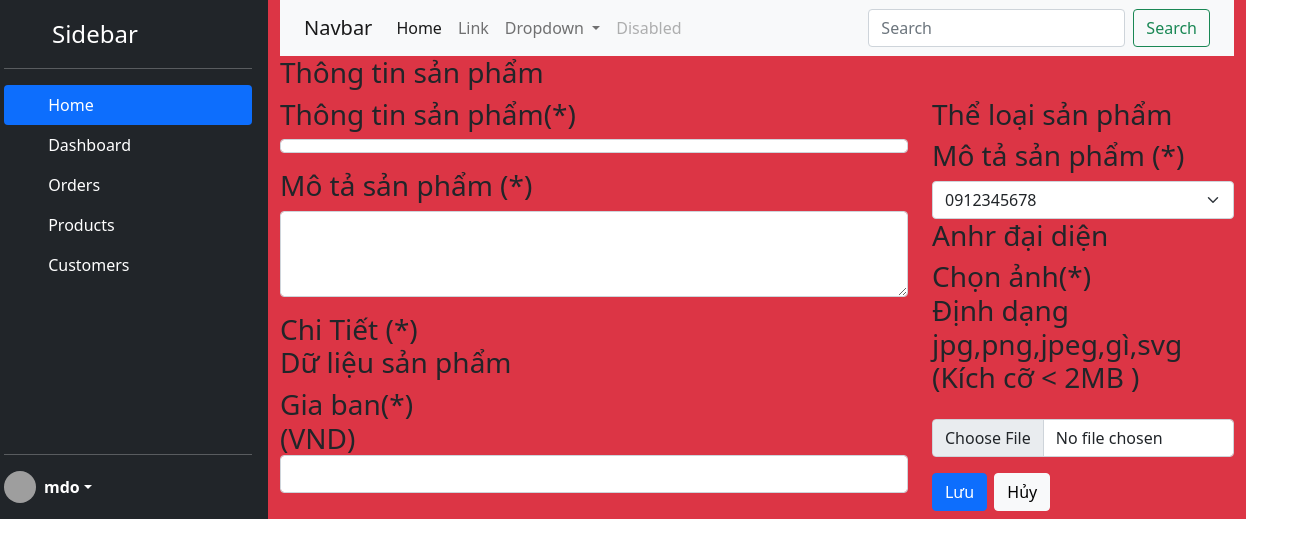
Repository: Lehuyhuynh/BT12-BOOTSTRAP
Page: index.html
These files come from the project's save history. The page is drawn as it stood at one moment and after the next save; the edit follows.
The browser window is 1280 px wide. The page is 1292 px wide, so the pictures cover 1292 px, including what lies to the right of the window. The pictures show the whole page.
Pictures or frames that could not be fetched are drawn as grey boxes.

Above is the page before, as saved 2023-08-19 22:58:44.

### index.html
<!DOCTYPE html>
<html lang="en">
<head>
  <link href="https://cdn.jsdelivr.net/npm/bootstrap@5.1.3/dist/css/bootstrap.min.css" rel="stylesheet" integrity="sha384-1BmE4kWBq78iYhFldvKuhfTAU6auU8tT94WrHftjDbrCEXSU1oBoqyl2QvZ6jIW3" crossorigin="anonymous">
  <meta charset="UTF-8">
  <meta name="viewport" content="width=device-width, initial-scale=1.0">
  <title>BT2</title>
</head>
<body>
  <div class="row">
    <div class=" col-3 d-flex flex-column flex-shrink-0 p-3 text-white bg-dark rounded-lg" style="width: 280px;">
      <a href="/" class="d-flex align-items-center mb-3 mb-md-0 me-md-auto text-white text-decoration-none">
        <svg class="bi me-2" width="40" height="32"><use xlink:href="#bootstrap"></use></svg>
        <span class="fs-4">Sidebar</span>
      </a>
      <hr>
      <ul class="nav nav-pills flex-column mb-auto">
        <li class="nav-item">
          <a href="#" class="nav-link active" aria-current="page">
            <svg class="bi me-2" width="16" height="16"><use xlink:href="#home"></use></svg>
            Home
          </a>
        </li>
        <li>
          <a href="#" class="nav-link text-white">
            <svg class="bi me-2" width="16" height="16"><use xlink:href="#speedometer2"></use></svg>
            Dashboard
          </a>
        </li>
        <li>
          <a href="#" class="nav-link text-white">
            <svg class="bi me-2" width="16" height="16"><use xlink:href="#table"></use></svg>
            Orders
          </a>
        </li>
        <li>
          <a href="#" class="nav-link text-white">
            <svg class="bi me-2" width="16" height="16"><use xlink:href="#grid"></use></svg>
            Products
          </a>
        </li>
        <li>
          <a href="#" class="nav-link text-white">
            <svg class="bi me-2" width="16" height="16"><use xlink:href="#people-circle"></use></svg>
            Customers
          </a>
        </li>
      </ul>
      <hr>
      <div class="dropdown">
        <a href="#" class="d-flex align-items-center text-white text-decoration-none dropdown-toggle" id="dropdownUser1" data-bs-toggle="dropdown" aria-expanded="false">
          <img src="https://github.com/mdo.png" alt="" width="32" height="32" class="rounded-circle me-2">
          <strong>mdo</strong>
        </a>
        <ul class="dropdown-menu dropdown-menu-dark text-small shadow" aria-labelledby="dropdownUser1" style="">
          <li><a class="dropdown-item" href="#">New project...</a></li>
          <li><a class="dropdown-item" href="#">Settings</a></li>
          <li><a class="dropdown-item" href="#">Profile</a></li>
          <li><hr class="dropdown-divider"></li>
          <li><a class="dropdown-item" href="#">Sign out</a></li>
        </ul>
      </div>
    </div>
    <div class="main-content bg-danger col-9" >
      <nav class="navbar navbar-expand-lg navbar-light bg-light">
        <div class="container-fluid">
          <a class="navbar-brand" href="#">Navbar</a>
          <button class="navbar-toggler" type="button" data-bs-toggle="collapse" data-bs-target="#navbarSupportedContent" aria-controls="navbarSupportedContent" aria-expanded="false" aria-label="Toggle navigation">
            <span class="navbar-toggler-icon"></span>
          </button>
          <div class="collapse navbar-collapse" id="navbarSupportedContent">
            <ul class="navbar-nav me-auto mb-2 mb-lg-0">
              <li class="nav-item">
                <a class="nav-link active" aria-current="page" href="#">Home</a>
              </li>
              <li class="nav-item">
                <a class="nav-link" href="#">Link</a>
              </li>
              <li class="nav-item dropdown">
                <a class="nav-link dropdown-toggle" href="#" id="navbarDropdown" role="button" data-bs-toggle="dropdown" aria-expanded="false">
                  Dropdown
                </a>
                <ul class="dropdown-menu" aria-labelledby="navbarDropdown">
                  <li><a class="dropdown-item" href="#">Action</a></li>
                  <li><a class="dropdown-item" href="#">Another action</a></li>
                  <li><hr class="dropdown-divider"></li>
                  <li><a class="dropdown-item" href="#">Something else here</a></li>
                </ul>
              </li>
              <li class="nav-item">
                <a class="nav-link disabled" href="#" tabindex="-1" aria-disabled="true">Disabled</a>
              </li>
            </ul>
            <form class="d-flex">
              <input class="form-control me-2" type="search" placeholder="Search" aria-label="Search">
              <button class="btn btn-outline-success" type="submit">Search</button>
            </form>
          </div>
        </div>
      </nav>
      <div class="row">

        <h3>Thông tin sản phẩm<h3>

          <div class="row">
            <div class="more col-8">

              <div class="product">

                <div class="mb-3">
                  <label for="information" class="form-label">Thông tin sản phẩm(*)</label>
                  <table class="form-control" id="information" name="information" rows="3"></table>
                </div>

                <div class="mb-3">
                  <label for="exampleFormControlTextarea1" class="form-label">Mô tả sản phẩm (*)</label>
                  <textarea class="form-control" id="exampleFormControlTextarea1" rows="3"></textarea>
                </div>

                <span>Chi Tiết (*) </span><br>

              </div>

              <div class="data">

                <h3>Dữ liệu sản phẩm</h3>

                <label for="data">Gia ban(*)<br> (VND)</label>
                <input class="form-control" type="text" placeholder="" id="data" aria-label="default input example">



              </div>

            </div>

            <div class="category col-4">

              <div class="cate">

                <h3>Thể loại sản phẩm</h3>



                <label for="phone" class="form-label">Mô tả sản phẩm (*)</label>

                <select id="phone" class="form-select" aria-label="Default select example">

                  <option value="1">0912345678</option>
                  <option value="2">0123456789</option>
                  <option value="3">1234567890</option>
                </select>

              </div>

              <div class="img">

                <h3>Anhr đại diện</h3>
                <div class="mb-3">
                  <label for="formFile" class="form-label">Chọn ảnh(*)
                    <p>Định dạng jpg,png,jpeg,gì,svg (Kích cỡ < 2MB )    </p>
                  </label>
                  <input class="form-control" type="file" id="formFile">
                </div>
              </div>

              <button type="button" class="btn btn-primary">Lưu</button>
              <button type="button" class="btn btn-light">Hủy</button>
            </div>
          </div>






      </div>
    </div>


  </div>

  <script src="https://cdn.jsdelivr.net/npm/bootstrap@5.1.3/dist/js/bootstrap.bundle.min.js" integrity="sha384-ka7Sk0Gln4gmtz2MlQnikT1wXgYsOg+OMhuP+IlRH9sENBO0LRn5q+8nbTov4+1p" crossorigin="anonymous"></script>
</body>
</html>

After the next save:
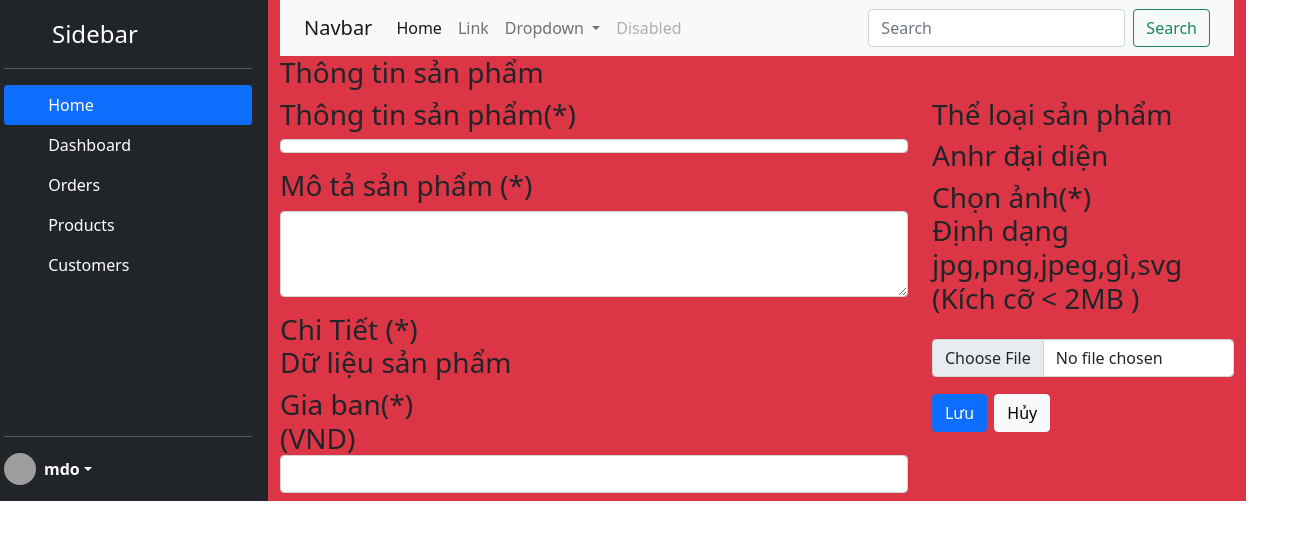
Saved 9 s later.
--- a/index.html
+++ b/index.html
@@ -142,14 +142,7 @@
 
 
 
-                <label for="phone" class="form-label">Mô tả sản phẩm (*)</label>
 
-                <select id="phone" class="form-select" aria-label="Default select example">
-
-                  <option value="1">0912345678</option>
-                  <option value="2">0123456789</option>
-                  <option value="3">1234567890</option>
-                </select>
 
               </div>
 
